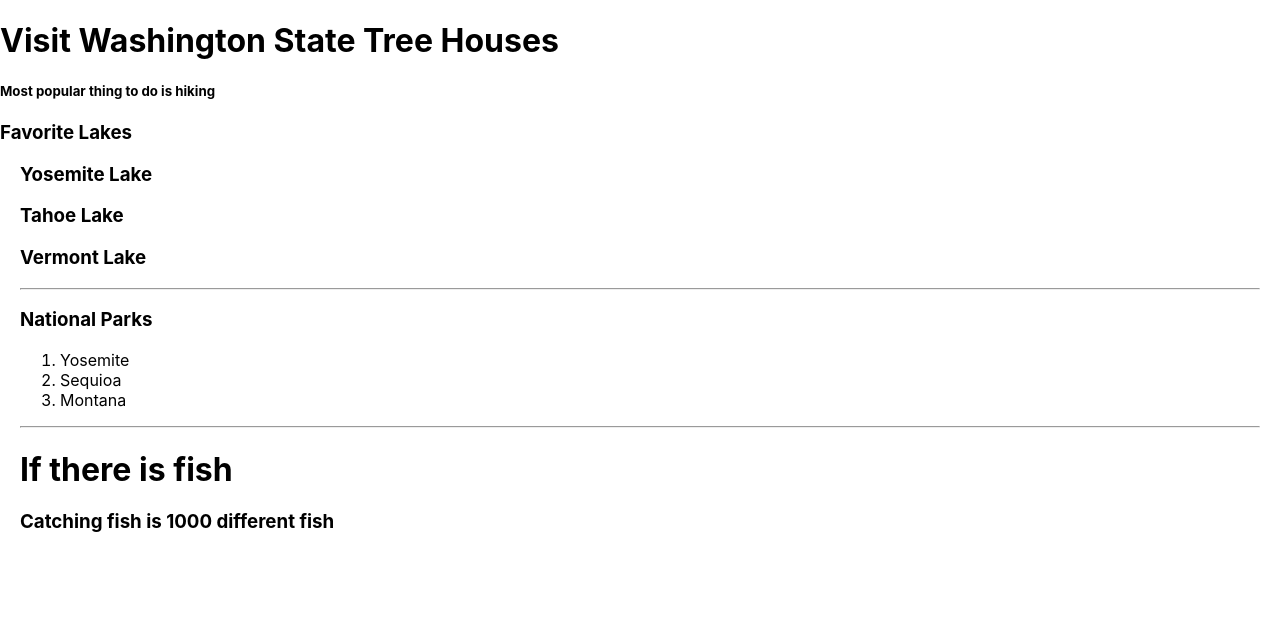
Repository: CaptainStorm21/intro-react-hooks
Page: /
The author's editor kept a copy of each file at every save. The page is drawn from the files as they stood at one save, then again after a run of saves.
The browser window is 1280 px wide. The pictures show the whole page.
The project was rebuilt for these pictures with package versions that can differ from the ones it lists, and the page was loaded fresh each time.

Above is the page before, as saved 2020-05-27 00:06:01.

After the next 2 saves:
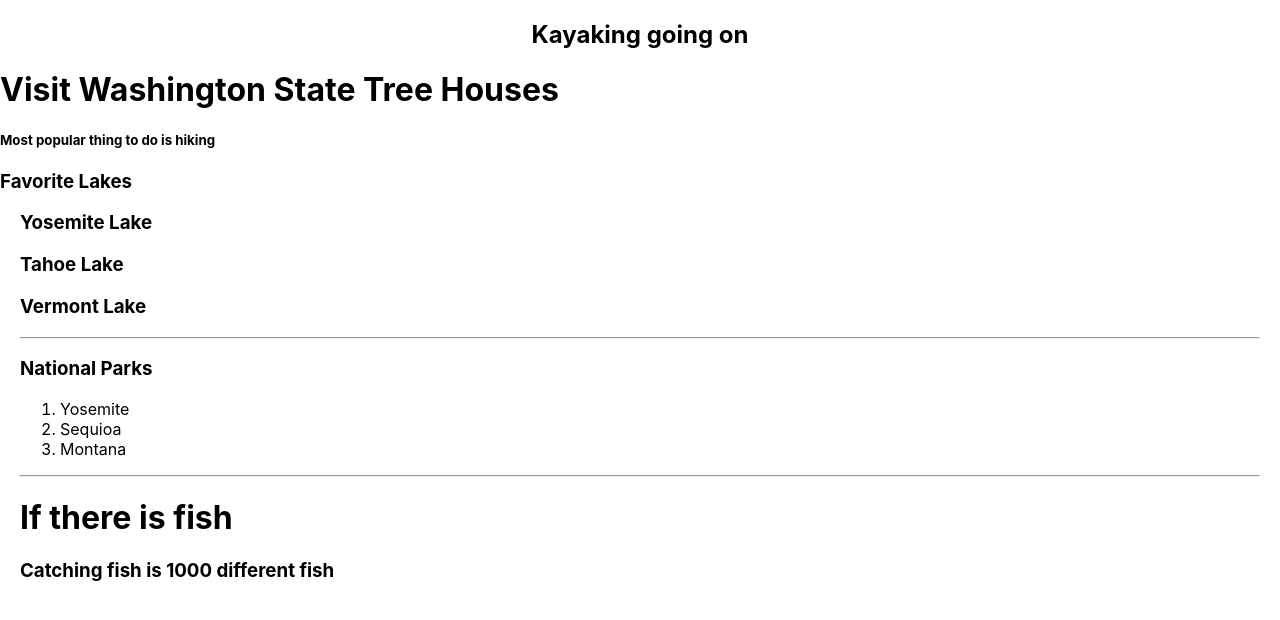
The 2 saves are shown as one change because they came seconds apart.
The last was saved 24 s later.
--- a/src/Fragment.js
+++ b/src/Fragment.js
@@ -16,6 +16,7 @@ function Kayak() {
 function Fragment() {
   return (
     <div className="App">
+          <Kayak />
 
     </div>
   );
